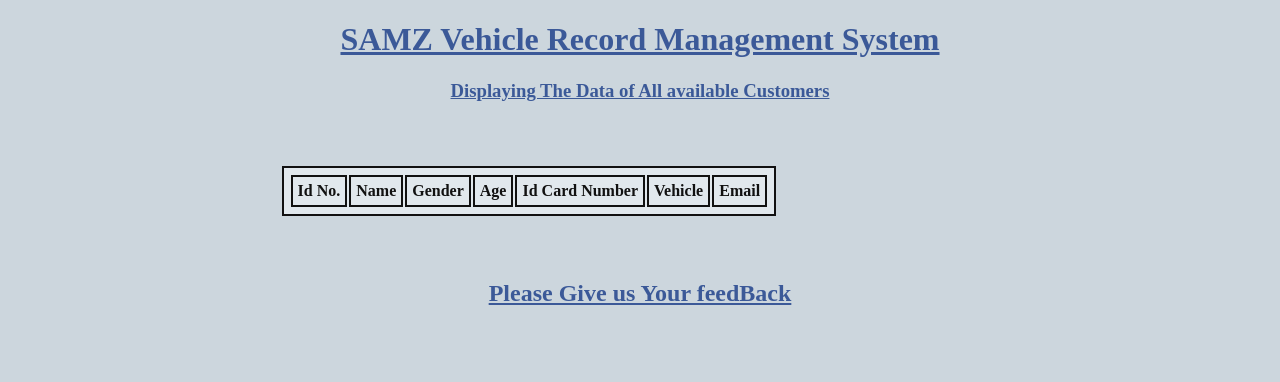
Repository: MUHAMMAD-SAQIB-2000/SpringBoot
Page: http://localhost/WebServiceRecordManagementSystem/CustomerList.jsp
These files come from the project's save history. The page is drawn as it stood at one moment and after the next save; the edit follows.
The browser window is 1280 px wide. The pictures show the whole page.
The page is served by Tomcat 9. The template is opened directly, without the code that normally fills it, so the values that code supplies are empty.

Above is the page before, as saved 2020-08-11 19:04:58.

After the next save:
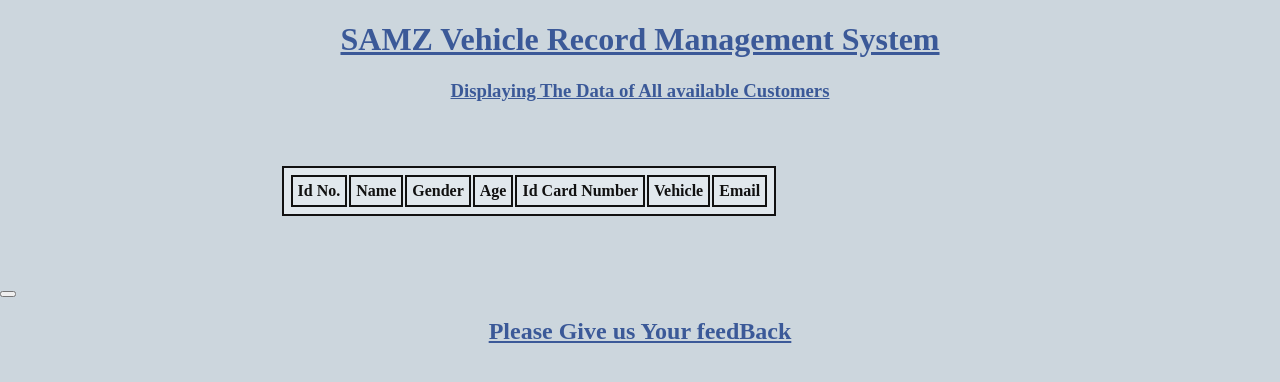
Saved 17 min 25 s later.
--- a/WebServiceRecordManagementSystem/src/main/webapp/CustomerList.jsp
+++ b/WebServiceRecordManagementSystem/src/main/webapp/CustomerList.jsp
@@ -65,6 +65,7 @@ table, th, td {
 			</tbody>
 		</table>
 	</div>
+	<button onclick="window.location.href = 'addCustomerForm' "></button>
 	</main>
 	<footer>
 		<h2 class="h">Please Give us Your feedBack</h2>
